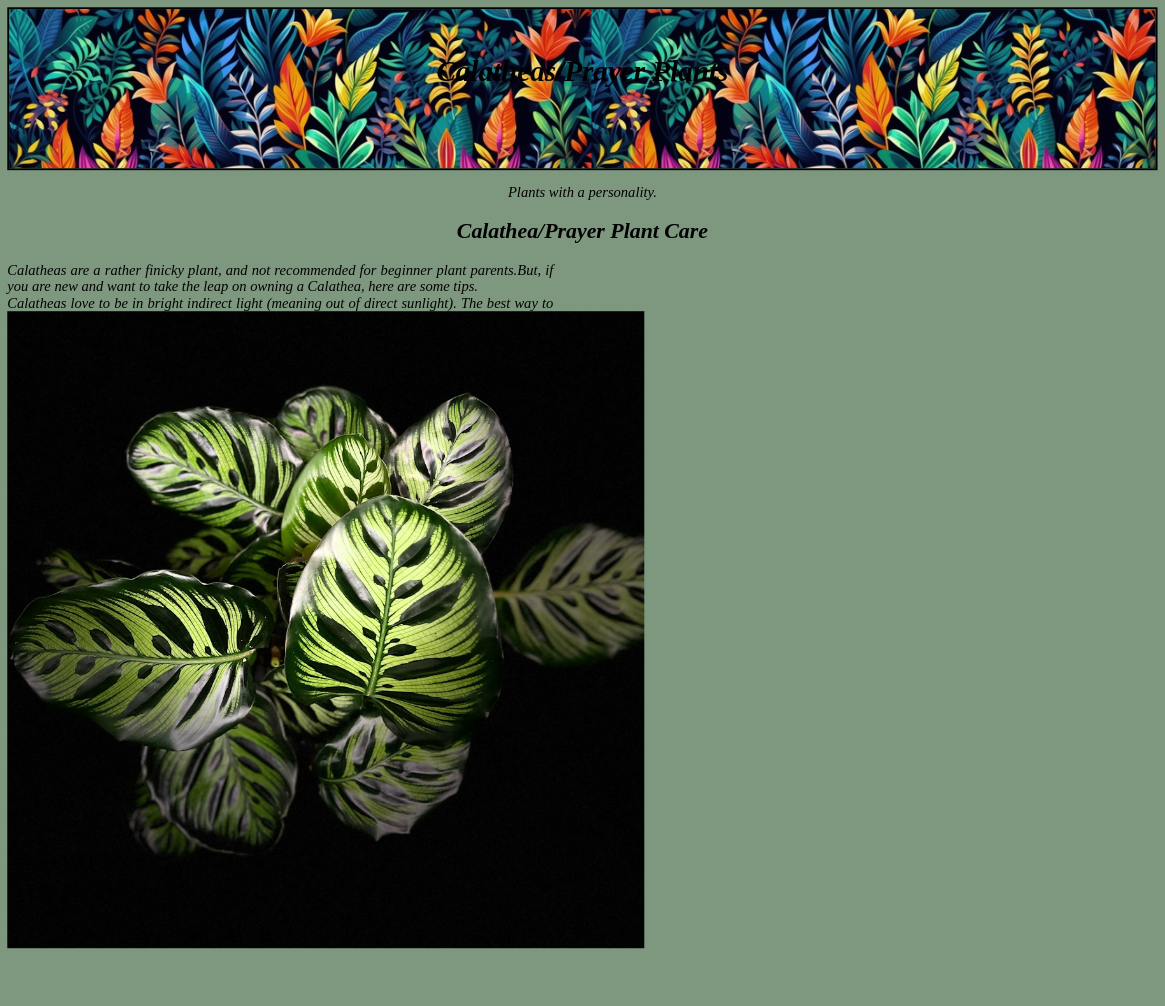
Repository: swillis91/odin-recipies
Page: Planty Page/calatheas.html
An editor plug-in stored every save of this project. The page is shown before and after the next save, followed by the edit.
The browser window is 1280 px wide. The pictures show the whole page, at 91% of full size.

Above is the page before, as saved 2023-08-11 00:13:49.

After the next save:
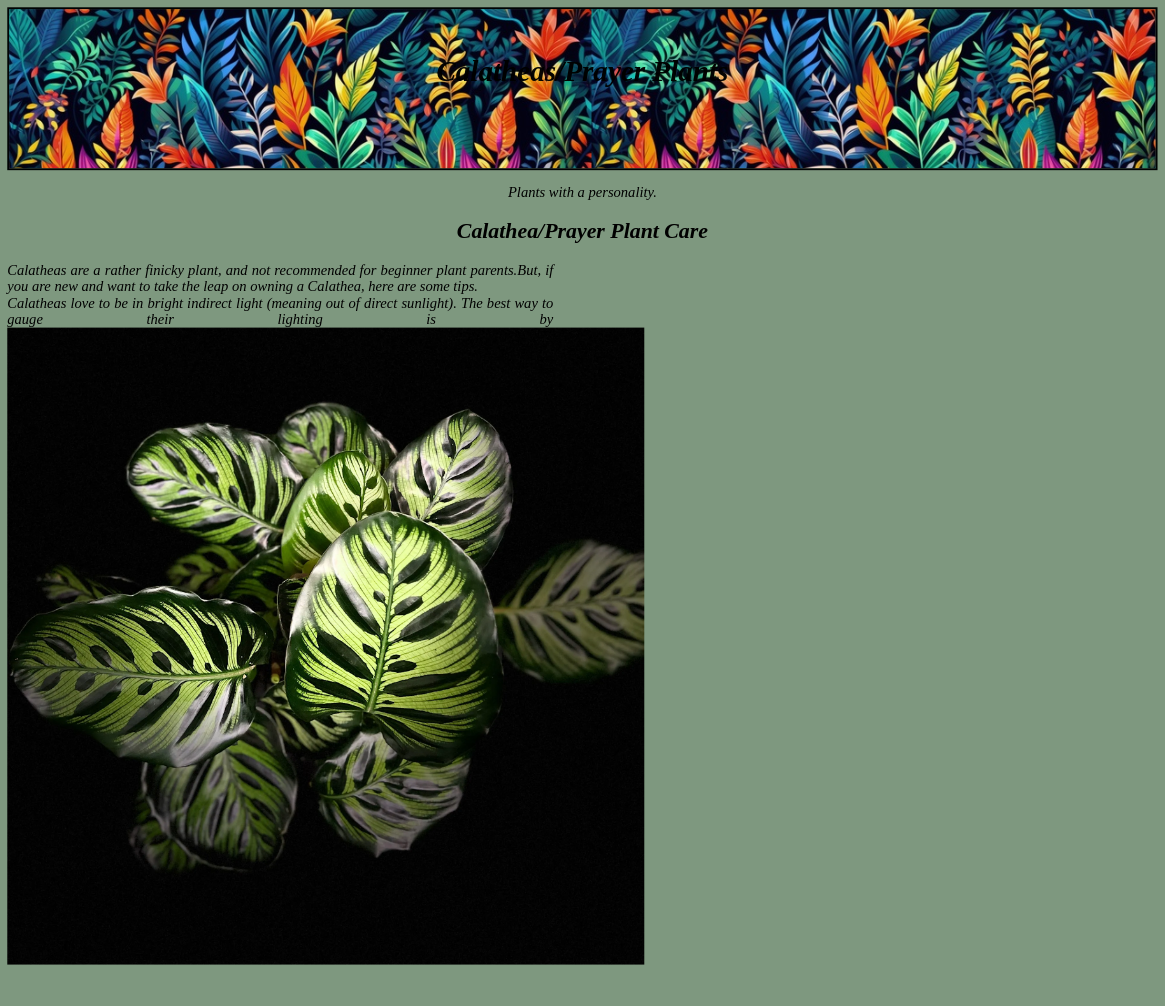
Saved 10 s later.
--- a/Planty Page/calatheas.html
+++ b/Planty Page/calatheas.html
@@ -10,7 +10,7 @@
             <h2>Calathea/Prayer Plant Care</h2>
               <p class="care">Calatheas are a rather finicky plant, and not recommended for beginner plant parents.But, if you are new and want to take the leap on owning a Calathea, here are some tips.
                 <br>
-                Calatheas love to be in bright indirect light (meaning out of direct sunlight). The best way to
+                Calatheas love to be in bright indirect light (meaning out of direct sunlight). The best way to gauge their lighting is by
                 <img src="./Images/makoyana.webp" id="calathea makoyana" width="700px">
 
                 </tr>
